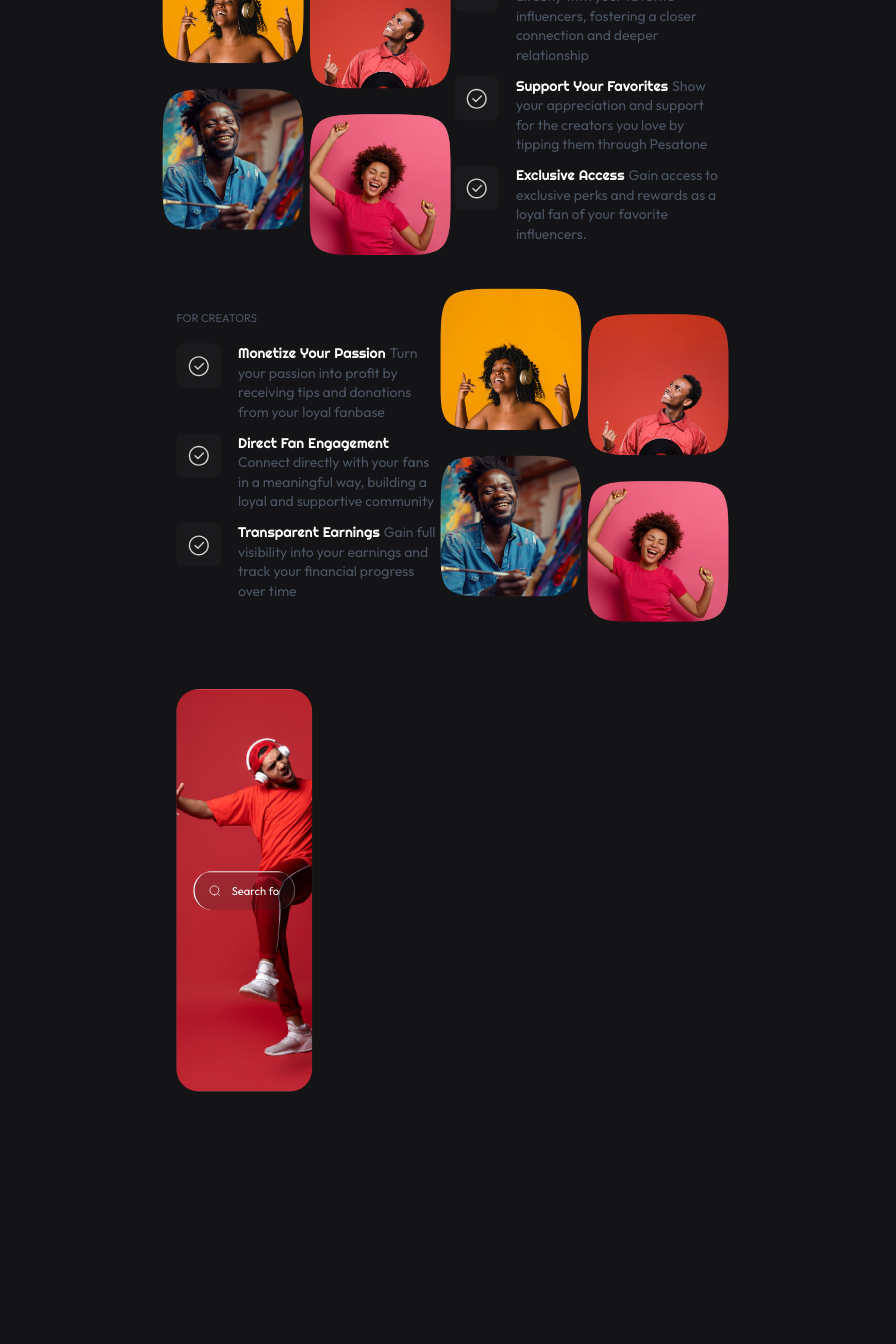
Repository: felixdusengimana/capstone-project-mirror
Page: / (app in frontend/)
The author's editor kept a copy of each file at every save. The page is drawn from the files as they stood at one save, then again after the next save.
The browser window is 1280 px wide. The pictures show the part of the page from y = 2035 to 3955 px (the page is 3955 px tall), at 70% of full size.
The project was rebuilt for these pictures with package versions that can differ from the ones it lists, and the page was loaded fresh each time. The framework's server and built-in components were replaced by stand-ins that run in the browser. Also part of the build but not shown: frontend/next.config.mjs.

Above is the page before, as saved 2024-03-11 16:18:16.

### frontend/app/layout.tsx
import type { Metadata } from "next";
import { Righteous, Outfit } from "next/font/google";
import "./globals.css";

const outfit = Outfit({ subsets: ["latin"], variable: "--font-outfit" });
const righteous = Righteous({
  subsets: ["latin"],
  variable: "--font-righteous",
  weight: "400",
});

export const metadata: Metadata = {
  title: "Pesatone - Search and gift your favorite creators",
  description:
    "A place where fans show gratitude to the African content creators they love!",
};

export default function RootLayout({
  children,
}: Readonly<{
  children: React.ReactNode;
}>) {
  return (
    <html lang="en">
      <body className={`${outfit.variable} ${righteous.variable} font-sans`}>
        {children}
      </body>
    </html>
  );
}

### frontend/app/page.tsx
import Avatar from "@/components/atoms/Avatar";
import Headline from "@/components/atoms/Headline";
import Card from "@/components/molecules/Card";
import CardIcon from "@/components/molecules/CardIcon";
import Search from "@/components/molecules/Search";
import SmallCard from "@/components/molecules/SmallCard";
import Intro from "@/components/organisms/Intro";
import Navbar from "@/components/organisms/Navbar";
import Image from "next/image";
import React from "react";

export default function page() {
  return (
    <div className="py-[73px]">
      <Navbar />
      <Intro />
      <section className="mt-24 page-padding">
        <div className="max-w-[503px] mx-auto text-center">
          <h5 className="uppercase text-gray-600 mb-4">features</h5>
          <Headline className="text-4xl text-center">
            Unleash Your Influence with Our Exclusive Features
          </Headline>
        </div>
        <div className="grid grid-cols-3 gap-[18px] mt-12">
          <Card title="Secure Transactions" icon="secure">
            Pesatone employs advanced encryption for secure transactions,
            safeguarding you and your fans
          </Card>
          <Card title="Direct Engagement" icon="fast">
            Connect instantly with followers through Pesatone&apos;s
            user-friendly interface, fostering community and stronger
            relationships
          </Card>
          <Card title="Transparent Earnings" icon="dollar">
            Gain clear insight into earnings with Pesatone, easily tracking tips
            and donations for effective financial management
          </Card>
        </div>
      </section>

      <section className="mt-24 page-padding">
        <div className="max-w-[543px] mx-auto text-center">
          <h5 className="uppercase text-gray-600 mb-4">BENEFITS</h5>
          <Headline className="text-4xl text-center">
            Experience the Benefits: Pesatone for Fans and Creators
          </Headline>
        </div>
        <div className="grid grid-cols-2 gap-[18px] mt-12">
          <div className="grid grid-cols-2 w-fit">
            <Avatar
              alt="Profile 1"
              src="/profiles/profile4.png"
              size="2xl"
              circle={false}
              className="ml-[-20px]"
            />
            <Avatar
              alt="Profile 2"
              src={"/profiles/profile3.png"}
              size="2xl"
              circle={false}
              className="mt-[36px]"
            />
            <Avatar
              alt="Profile 3"
              src={"/profiles/profile2.png"}
              size="2xl"
              circle={false}
              className="ml-[-20px]"
            />
            <Avatar
              alt="Profile 4"
              src={"/profiles/profile1.png"}
              size="2xl"
              circle={false}
              className="mt-[36px]"
            />
          </div>
          <div className="flex flex-col justify-center">
            <h5 className="uppercase text-gray-600 mb-6">For Fans</h5>
            <div className="flex flex-col gap-4">
              <SmallCard icon="check" title="Direct Interaction">
                Engage directly with your favorite influencers, fostering a
                closer connection and deeper relationship
              </SmallCard>
              <SmallCard icon="check" title="Support Your Favorites">
                Show your appreciation and support for the creators you love by
                tipping them through Pesatone
              </SmallCard>
              <SmallCard icon="check" title="Exclusive Access ">
                Gain access to exclusive perks and rewards as a loyal fan of
                your favorite influencers.
              </SmallCard>
            </div>
          </div>
        </div>

        <div className="grid grid-cols-2 gap-[18px]  mt-12">
          <div className="flex flex-col justify-center">
            <h5 className="uppercase text-gray-600 mb-6">For creators</h5>
            <div className="flex flex-col gap-4">
              <SmallCard icon="check" title="Monetize Your Passion">
                Turn your passion into profit by receiving tips and donations
                from your loyal fanbase
              </SmallCard>
              <SmallCard icon="check" title="Direct Fan Engagement">
                Connect directly with your fans in a meaningful way, building a
                loyal and supportive community
              </SmallCard>
              <SmallCard icon="check" title="Transparent Earnings">
                Gain full visibility into your earnings and track your financial
                progress over time
              </SmallCard>
            </div>
          </div>
          <div className="grid grid-cols-2 ml-auto w-fit">
            <Avatar
              alt="Profile 1"
              src="/profiles/profile4.png"
              size="2xl"
              circle={false}
              className="ml-[-20px]"
            />
            <Avatar
              alt="Profile 2"
              src={"/profiles/profile3.png"}
              size="2xl"
              circle={false}
              className="mt-[36px]"
            />
            <Avatar
              alt="Profile 3"
              src={"/profiles/profile2.png"}
              size="2xl"
              circle={false}
              className="ml-[-20px]"
            />
            <Avatar
              alt="Profile 4"
              src={"/profiles/profile1.png"}
              size="2xl"
              circle={false}
              className="mt-[36px]"
            />
          </div>
        </div>
      </section>

      <section className="mt-24 page-padding">
        <div className="grid grid-cols-4 grid-rows-3 min-h-[862px]">
          <div className="bg-[url('/creator-bg.png')] bg-cover bg-no-repeat row-span-2 bg-red-400 rounded-[32px] px-6 flex items-center justify-center">
            <Search className="button-border-gradient" />
          </div>
        </div>
      </section>
    </div>
  );
}

### frontend/app/globals.css
@tailwind base;
@tailwind components;
@tailwind utilities;

:root {
  --bg: #141416;
  --bg-hover: #232326;
  --secondary-color: #17171A;
  --foreground-rgb: 0, 0, 0;
  --background-start-rgb: 214, 219, 220;
  --background-end-rgb: 255, 255, 255;
}

@media (prefers-color-scheme: dark) {
  :root {
    --foreground-rgb: 255, 255, 255;
    --background-start-rgb: 0, 0, 0;
    --background-end-rgb: 0, 0, 0;
  }
}

body {
  background: var(--bg);
  color: rgb(var(--foreground-rgb));
}

@layer utilities {
  .text-balance {
    text-wrap: balance;
  }
}

.page-padding {
  padding: 0 252px;
}

.button-border-gradient {
  border-left: 2px solid #FFF;
  border-right: 2px solid #ffffff44;
  background-image: linear-gradient(rgba(255, 255, 255, 0.65) 0.77%, rgba(255, 255, 255, 0.65) 0.77%);
  background-size: 100% 2px;
  background-position: 0 0, 0 100%;
  background-repeat: no-repeat;
}

### frontend/components/atoms/Avatar.tsx
/* eslint-disable @next/next/no-img-element */
import { ComponentProps } from "react";
import Icon from "./Icon";

interface AvatarProps extends ComponentProps<"div"> {
  src: string;
  alt?: string;
  size?: "sm" | "md" | "lg" | "xl" | "2xl";
  circle?: boolean;
  bordered?: boolean;
  fallBackText?: string;
}
export default function Avatar({ ...props }: AvatarProps) {
  const {
    src,
    alt,
    size = "sm",
    circle = true,
    fallBackText,
    bordered,
    ...rest
  } = props;

  const sizeClasses = {
    sm: "w-10 h-10",
    md: "w-12 h-12",
    lg: "w-16 h-16",
    xl: "w-[150px] h-[150px]",
    "2xl": "w-[202px] h-[202px]",
  };

  return (
    <div
      {...rest}
      className={`${src ? "bg-transparent" : "bg-gray-100"} ${
        circle ? "rounded-full" : "rounded"
      } ${bordered ? "border-2 border-white" : ""} ${sizeClasses[size]} ${
        rest.className
      } flex items-center justify-center overflow-hidden`}
    >
      {src ? (
        <img
          src={src}
          alt={alt}
          className={`w-full ${sizeClasses[size]} object-cover`}
        />
      ) : fallBackText ? (
        fallBackText
      ) : (
        <Icon name="user" />
      )}
    </div>
  );
}

### frontend/components/atoms/Headline.tsx
import { ComponentProps } from "react";

interface HeadlineProps extends ComponentProps<"h1"> {}

export default function Headline({ ...props }: HeadlineProps) {
  return (
    <div className={`font-mono text-white ${props.className}`}>
      {props.children}
    </div>
  );
}

### frontend/components/molecules/Card.tsx
import { ComponentProps } from "react";
import { IconNames } from "../atoms/Icon";
import Headline from "../atoms/Headline";
import CardIcon from "./CardIcon";

interface CardProps extends ComponentProps<"div"> {
  icon?: IconNames;
  title?: string;
}

export default function Card({ ...props }: CardProps) {
  const { icon, title, ...rest } = props;
  return (
    <div {...rest} className={`bg-[#171719] p-8 rounded-[23px]`}>
      {icon && <CardIcon icon={icon} />}
      <Headline className="text-2xl font-normal mt-6">{title}</Headline>
      <p
        className={`text-gray-600 font-normal text-xl mt-4 max-w-[333px] ${props.className}`}
      >
        {props.children}
      </p>
    </div>
  );
}

### frontend/components/molecules/Search.tsx
"use client";
import { ComponentProps, useEffect, useState } from "react";
import Icon from "../atoms/Icon";

interface SearchProps extends ComponentProps<"div"> {
  placeholder?: string;
  onSearch?: (query: string) => void;
  onClear?: () => void;
}
export default function Search({
  placeholder = "Search for creators",
  onSearch,
  onClear,
  ...props
}: SearchProps) {
  const [query, setQuery] = useState("");

  // return value after 300ms
  useEffect(
    () => {
      const timer = setTimeout(() => {
        onSearch?.(query);
      }, 300);
      return () => clearTimeout(timer);
    },
    // eslint-disable-next-line react-hooks/exhaustive-deps
    [query]
  );

  return (
    <div
      {...props}
      className={`flex bg-[#2C2C3033] px-5 py-4 gap-4 rounded-full ${props.className}`}
    >
      <Icon name="search" onClick={() => onSearch?.(query)} />
      <input
        disabled
        type="text"
        placeholder={placeholder}
        className="w-full text-white placeholder:text-white bg-transparent outline-none"
        onChange={(e) => setQuery(e.target.value)}
      />
    </div>
  );
}

### frontend/components/molecules/SmallCard.tsx
import { ComponentProps } from "react";
import { IconNames } from "../atoms/Icon";
import CardIcon from "./CardIcon";

interface SmallCardProps extends ComponentProps<"div"> {
  icon: IconNames;
  title: string;
}

export default function SmallCard({ ...props }: SmallCardProps) {
  return (
    <div className="flex gap-6">
      <CardIcon icon={props.icon} />
      <p className="text-gray-600 font-normal text-xl">
        <span className="text-white font-mono">{props.title} </span>
        {props.children}
      </p>
    </div>
  );
}

### frontend/components/organisms/Intro.tsx
"use client";

import Headline from "@/components/atoms/Headline";
import Search from "@/components/molecules/Search";
import DownloadApp from "../molecules/DownloadApp";

export default function Intro() {
  return (
    <div className="grid grid-cols-2 pl-[252px]">
      <div className="mt-40">
        <Headline className="text-[64px] leading-[79.47px]">
          Search and gift your favorite creators
        </Headline>
        <p className="text-xl text-gray-600 max-w-[535px] mt-5">
          A place where fans show gratitude to the African content creators they
          love!
        </p>
        <Search className="max-w-[502px] mt-10" />

        <p className="text-gray-600 mt-24 text-base">
          Trusted Users <br />
          Rated 4.5 by 700K+ Customers
        </p>
        <div className="flex gap-6 mt-6">
          <DownloadApp os="android" />
          <DownloadApp os="ios" className="px-[42px]" />
        </div>
      </div>
      <div className="h-full w-full">
        {/* eslint-disable-next-line @next/next/no-img-element */}
        <img src="./home-bg.png" alt="" className="w-full h-full" />
      </div>
    </div>
  );
}

### frontend/components/organisms/Navbar.tsx
import Image from "next/image";
import Button from "../atoms/Button";
import Link from "next/link";

export default function Navbar() {
  return (
    <div className="page-padding flex justify-between items-center">
      <Link href={"/"} className="flex  items-center gap-2">
        <Image
          src="/logo-white.png"
          alt="PESATONElogo"
          width={40}
          height={40}
        />
        <p className="text-sm">ESATONE</p>
      </Link>
      <div className="flex items-center gap-6">
        <Link href={"/login"}>
          <Button variant="secondary" className="px-12">
            Login
          </Button>
        </Link>
        <Link href={"/join"}>
          <Button variant="white" className="font-semibold">
            Sign up free
          </Button>
        </Link>
      </div>
    </div>
  );
}

### frontend/components/molecules/CardIcon.tsx
import React from "react";
import Icon, { IconNames } from "../atoms/Icon";

export default function CardIcon({ icon }: { icon: IconNames }) {
  return (
    <div className="w-16 min-w-[64px] h-16 rounded-[11px] bg-[#1A1A1C] flex items-center justify-center">
      <Icon name={icon} />
    </div>
  );
}

### frontend/components/molecules/DownloadApp.tsx
import { ComponentProps } from "react";
import Icon from "../atoms/Icon";

interface DownloadAppProps extends ComponentProps<"div"> {
  os: "android" | "ios";
}

export default function DownloadApp({ os, ...props }: DownloadAppProps) {
  return (
    <div
      {...props}
      className={`flex items-center gap-4 px-10 py-4 border border-[#202024] bg-[#202024] rounded-full cursor-pointer min-w-[202.09px]`}
    >
      <Icon name={os == "android" ? "google-play" : "apple-store"} />
      <div>
        <p className="text-[#DBDBDB] font-medium text-[10px]">
          {os == "android" ? "Get it On" : "Download on the"}
        </p>
        <h3 className="text-[#DBDBDB] font-bold text-sm">
          {os == "android" ? "Google Play" : "App Store"}
        </h3>
      </div>
    </div>
  );
}

### frontend/components/atoms/Button.tsx
import { ComponentProps } from "react";

interface ButtonProps extends ComponentProps<"button"> {
  variant?: "dark" | "white" | "blurred" | "secondary";
  size?: "sm" | "md" | "lg";
  bordered?: boolean;
}

export default function Button({ ...props }: ButtonProps) {
  const { variant = "dark", size = "md", bordered = false } = props;

  const variantClasses = {
    dark: "bg-black text-white",
    white: "bg-white text-black",
    secondary: "bg-secondary text-white",
    blurred: "bg-blurred text-white",
  };

  const sizeClasses = {
    sm: "px-2 py-1",
    md: "px-8 py-4",
    lg: "px-6 py-3",
  };

  const borderClasses = bordered ? "border border-black" : "";

  return (
    <button
      {...props}
      className={`text-xl font-normal rounded-full ${variantClasses[variant]} ${sizeClasses[size]} ${borderClasses} ${props.className}`}
    >
      {props.children}
    </button>
  );
}

### frontend/tailwind.config.ts
import type { Config } from "tailwindcss";

const config: Config = {
  content: [
    "./pages/**/*.{js,ts,jsx,tsx,mdx}",
    "./components/**/*.{js,ts,jsx,tsx,mdx}",
    "./app/**/*.{js,ts,jsx,tsx,mdx}",
  ],
  theme: {
    extend: {
      // backgroundImage: {
      //   "gradient-radial": "radial-gradient(var(--tw-gradient-stops))",
      //   "gradient-conic":
      //     "conic-gradient(from 180deg at 50% 50%, var(--tw-gradient-stops))",
      // },
      fontFamily: {
        sans: ["var(--font-outfit)"],
        mono: ["var(--font-righteous)"],
      },
      colors: {
        secondary: "var(--secondary-color)",
      },
    },
  },
  plugins: [],
};
export default config;

Loaded but not shown: frontend/components/atoms/Icon.tsx (241 lines, source omitted)

After the next save:
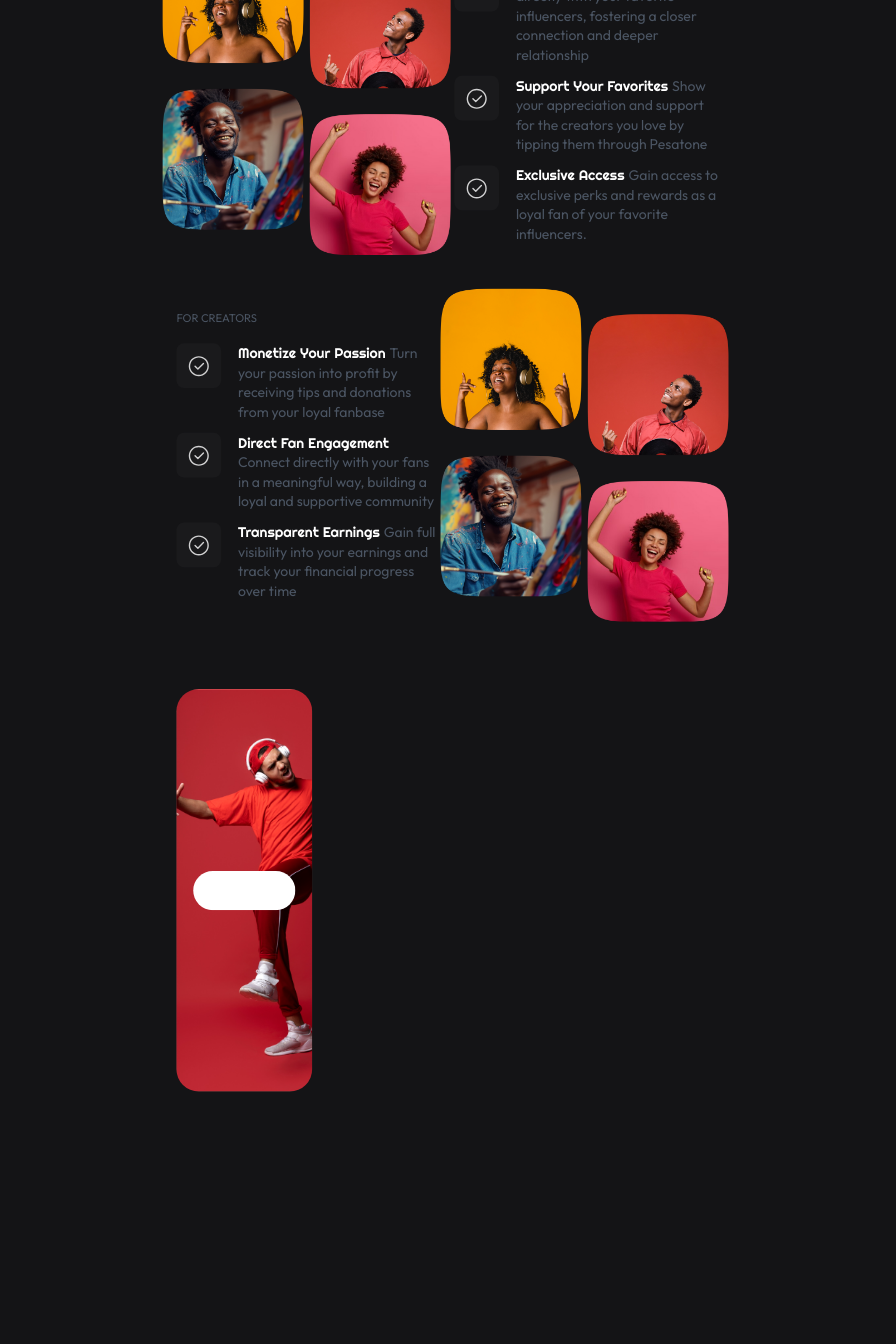
Saved 10 s later.
--- a/frontend/app/globals.css
+++ b/frontend/app/globals.css
@@ -37,7 +37,7 @@ body {
 .button-border-gradient {
   border-left: 2px solid #FFF;
   border-right: 2px solid #ffffff44;
-  background-image: linear-gradient(rgba(255, 255, 255, 0.65) 0.77%, rgba(255, 255, 255, 0.65) 0.77%);
+  background-color: #fff;
   background-size: 100% 2px;
   background-position: 0 0, 0 100%;
   background-repeat: no-repeat;

After the save that followed:
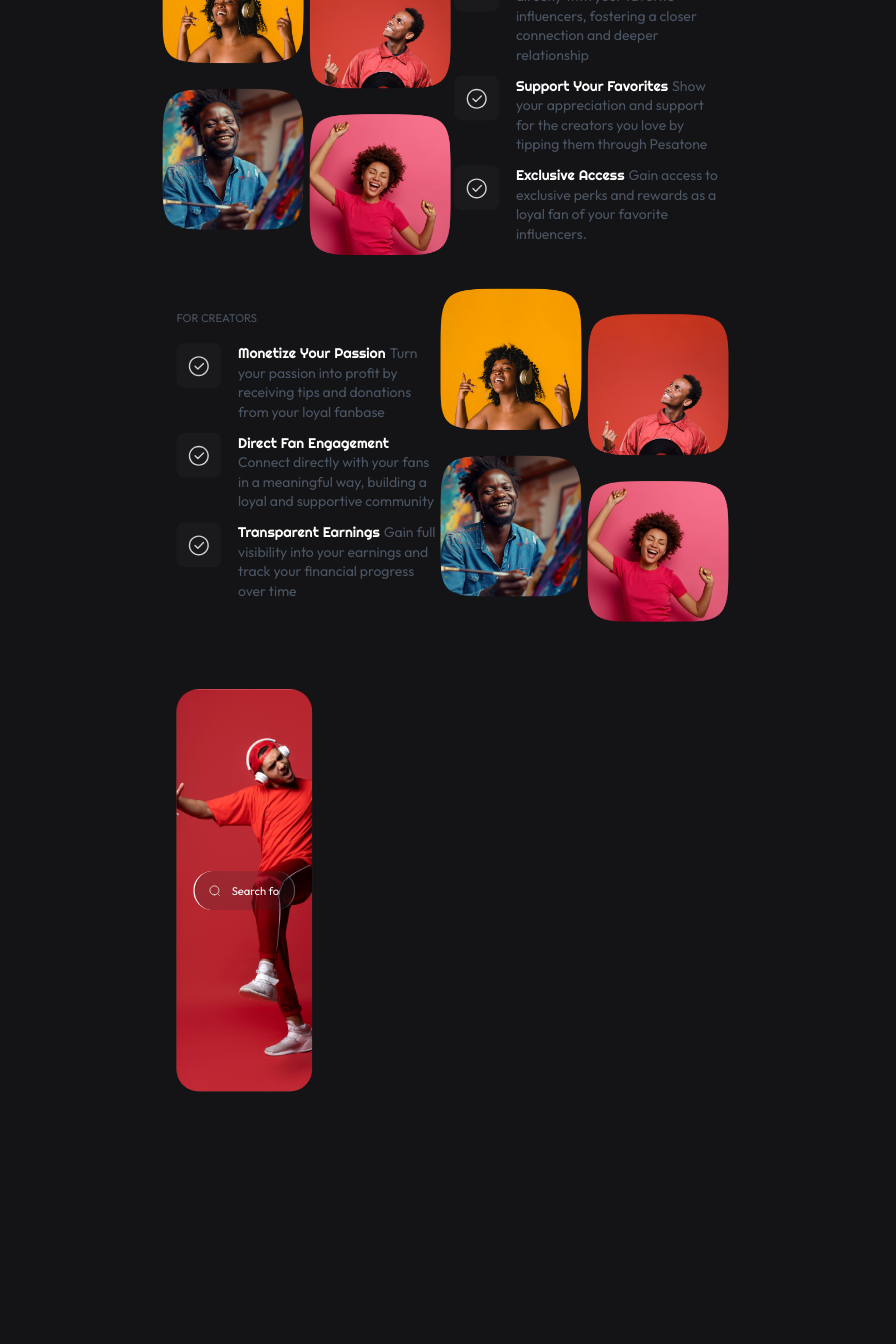
Saved 4 s later.
--- a/frontend/app/globals.css
+++ b/frontend/app/globals.css
@@ -37,7 +37,7 @@ body {
 .button-border-gradient {
   border-left: 2px solid #FFF;
   border-right: 2px solid #ffffff44;
-  background-color: #fff;
+  background-color: linear-gradient(rgba(255, 255, 255, 0.65) 0.77%, rgba(255, 255, 255, 0.65) 0.77%);
   background-size: 100% 2px;
   background-position: 0 0, 0 100%;
   background-repeat: no-repeat;
